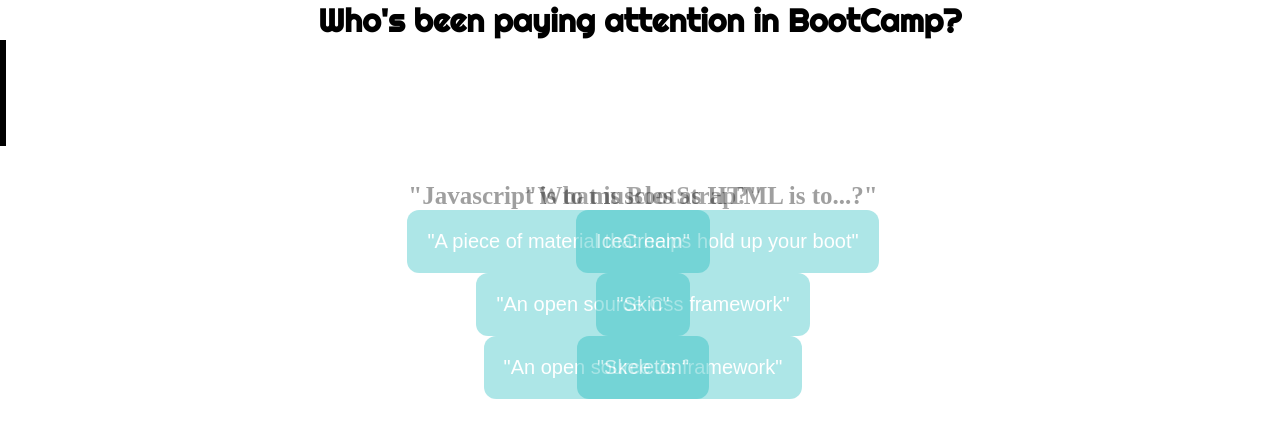
Repository: kkyler24/Quizlet
Page: Quiz.html
An editor plug-in stored every save of this project. The page is shown before and after the next save, followed by the edit.
The browser window is 1280 px wide. The pictures show the whole page.
After loading, the first visible `div.col-8` was clicked once.
Some web libraries are served in a nearby version.

Above is the page before, as saved 2020-03-16 00:36:11.

After the next save:
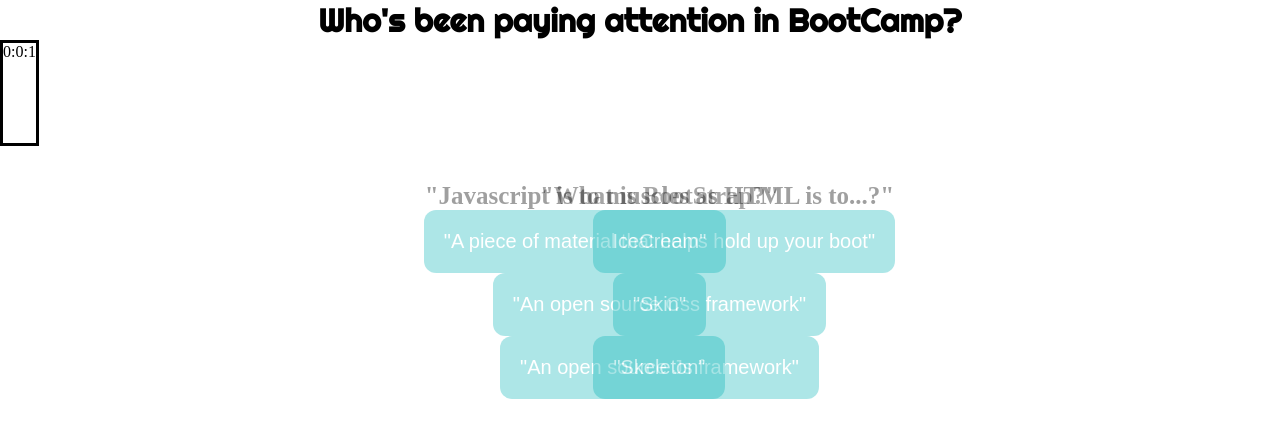
Saved 4 min 37 s later.
--- a/DevOpsFiles/Java.js
+++ b/DevOpsFiles/Java.js
@@ -1,7 +1,6 @@
 
 // record start time
 var startTime;
-
 function display() {
     // later record end time
     var endTime = new Date();
@@ -33,11 +32,11 @@ function display() {
     // the rest of timeDiff is number of days
     var days = timeDiff;
 
-    $(".time").text(days + " days, " + hours + ":" + minutes + ":" + seconds);
+    $(".time").text(hours + ":" + minutes + ":" + seconds);
     setTimeout(display, 1000);
 }
 
-$("input#button").click(function () {
+$(".answerA").click(function () {
     startTime = new Date();
     setTimeout(display, 1000);
 });
